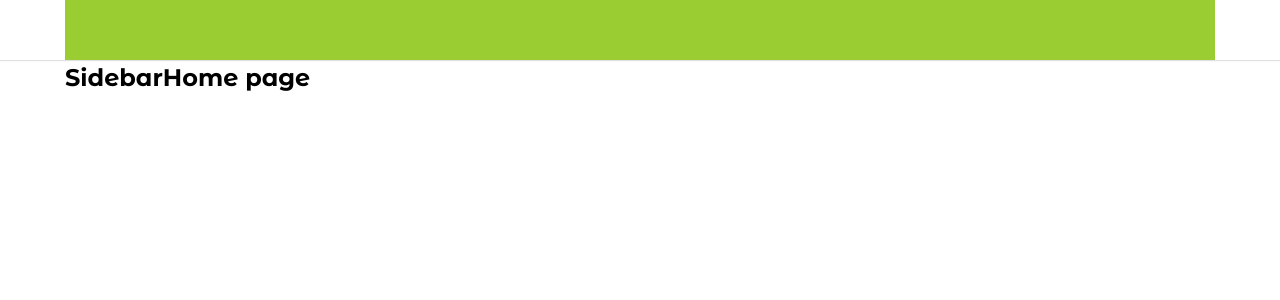
Repository: thinh909thinh/tiktok
Page: /
These files come from the project's save history. The page is drawn as it stood at one moment and after the next save; the edit follows.
The browser window is 1280 px wide. The pictures show the whole page.
The project was rebuilt for these pictures with package versions that can differ from the ones it lists, and the page was loaded fresh each time. Also part of the build but not shown: src/components/Layout/DefaultLayout/Sidebar/Sidebar.module.scss, src/components/Layout/HeaderOnly/index.js, src/pages/Followwing/index.js, src/pages/Profile/index.js, src/pages/Upload/index.js, src/pages/Seach/index.js.

Above is the page before, as saved 2022-08-26 14:18:32.

### src/index.js
import React from 'react';
import ReactDOM from 'react-dom/client';
import App from '~/App';
import reportWebVitals from './reportWebVitals';
import GlobalStyles from '~/components/GlobalStyles';
const root = ReactDOM.createRoot(document.getElementById('root'));
root.render(
    <React.StrictMode>
        <GlobalStyles>
            <App />
        </GlobalStyles>
    </React.StrictMode>,
);

// If you want to start measuring performance in your app, pass a function
// to log results (for example: reportWebVitals(console.log))
// or send to an analytics endpoint. Learn more: https://bit.ly/CRA-vitals
reportWebVitals();

### src/App.js
import { BrowserRouter as Router, Route, Routes } from 'react-router-dom';
import { Fragment } from 'react';
import { publicRoutes } from '~/routes';
import { DefaultLayout } from '~/components/Layout';
function App() {
    return (
        <Router>
            <div className="App">
                <Routes>
                    {publicRoutes.map((route, index) => {
                        const Page = route.component;
                        let Layout = DefaultLayout;
                        if (route.layout) {
                            Layout = route.layout;
                        } else if (route.layout === null) {
                            Layout = Fragment;
                        }
                        return (
                            <Route
                                key={index}
                                path={route.path}
                                element={
                                    <Layout>
                                        <Page />
                                    </Layout>
                                }
                            />
                        );
                    })}
                </Routes>
            </div>
        </Router>
    );
}
export default App;

### src/routes/index.js
import { HeaderOnly } from '~/components/Layout';
// pages
import Home from '~/pages/Home';
import Following from '~/pages/Followwing';
import Profile from '~/pages/Profile';
import Upload from '~/pages/Upload';
import Seach from '~/pages/Seach';
// publicRoutes
const publicRoutes = [
    { path: '/', component: Home },
    { path: '/following', component: Following },
    { path: '/profile', component: Profile },
    { path: '/upload', component: Upload, layout: HeaderOnly },
    { path: '/seach', component: Seach, layout: null },
];
const privateRoutes = [];
export { publicRoutes, privateRoutes };

### src/components/GlobalStyles/GlobalStyles.scss
@import 'normalize.css';
@import url('https://fonts.googleapis.com/css2?family=Montserrat+Alternates:wght@300;400;500;600;700&family=Montserrat:ital,wght@1,900&display=swap');
:root {
    --primary: #fe2c55;
}
* {
    box-sizing: border-box;
    margin: 0;
    padding: 0;
}
html {
    font-size: 62.5%;
}
body {
    font-family: 'Montserrat', sans-serif;
    font-family: 'Montserrat Alternates', sans-serif;
    font-size: 1.6rem;
    line-height: 1.5;
    text-rendering: optimizeSpeed;
}

### src/components/Layout/DefaultLayout/index.js
import Header from '~/components/Layout/components/Header';
import styles from './DefaultLayout.module.scss';
import classNames from 'classnames/bind';
import Sidebar from './Sidebar';
const cx = classNames.bind(styles);
function DefaultLayout({ children }) {
    return (
        <div className={cx('wrapper')}>
            <Header />
            <div className={cx('container')}>
                <Sidebar />
                <div className={cx('content')}>{children}</div>
            </div>
        </div>
    );
}

export default DefaultLayout;

### src/components/Layout/components/Header/index.js
import styles from './Header.module.scss';
import classNames from 'classnames/bind';
const cx = classNames.bind(styles);
function Header() {
    return (
        <header className={cx('wrapper')}>
            <div className={cx('inner')}></div>
        </header>
    );
}

export default Header;

### src/components/Layout/DefaultLayout/DefaultLayout.module.scss
.wrapper {
    display: flex;
    flex-direction: column;
    align-items: center;
}
.container {
    width: 1150px;
    display: flex;
}

### src/components/Layout/DefaultLayout/Sidebar/index.js
import styles from './Sidebar.module.scss';
function Sidebar() {
    return <h2>Sidebar</h2>;
}

export default Sidebar;

### src/components/Layout/components/Header/Header.module.scss
.wrapper {
    height: 60px;
    box-shadow: 0px 1px 1px rgb(0 0 0 / 12%);
    display: flex;
    justify-content: center;
    width: 100%;
}
.inner {
    height: 100%;
    width: 1150px;
    background-color: yellowgreen;
}

Loaded but not shown: public/index.html (common file); src/reportWebVitals.js (common file); src/components/GlobalStyles/index.js (common file); src/components/Layout/index.js (common file); src/pages/Home/index.js (common file)

After the next save:
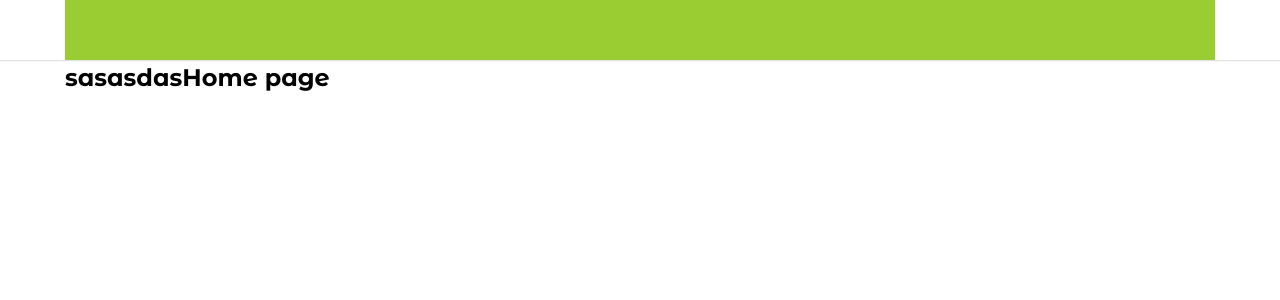
Saved 104 s later.
--- a/src/components/Layout/DefaultLayout/Sidebar/index.js
+++ b/src/components/Layout/DefaultLayout/Sidebar/index.js
@@ -1,6 +1,12 @@
 import styles from './Sidebar.module.scss';
+import classNames from 'classnames/bind';
+const cx = classNames.bind(styles);
 function Sidebar() {
-    return <h2>Sidebar</h2>;
+    return (
+        <aside className={cx('wrapper')}>
+            <h2>sasasdas</h2>
+        </aside>
+    );
 }
 
 export default Sidebar;
